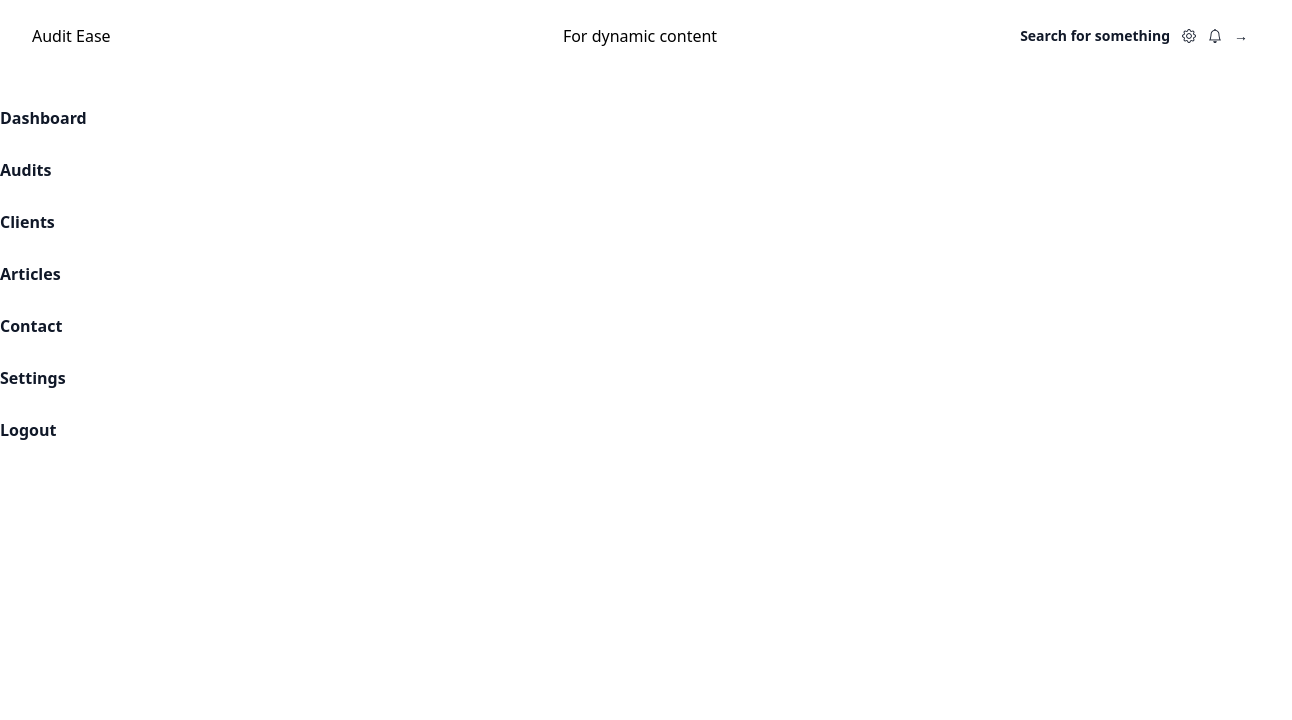
Repository: EclipticCode/Audit-Ease-FE
Page: /
The author's editor kept a copy of each file at every save. The page is drawn from the files as they stood at one save, then again after a run of saves.
The browser window is 1280 px wide. The page is 1292 px wide, so the pictures cover 1292 px, including what lies to the right of the window. The pictures show the whole page.
Some web libraries are served in a nearby version. The project was rebuilt for these pictures with package versions that can differ from the ones it lists, and the page was loaded fresh each time. Also part of the build but not shown: vite.config.js, Login.jsx.

Above is the page before, as saved 2025-03-27 19:52:48.

After the next 3 saves:
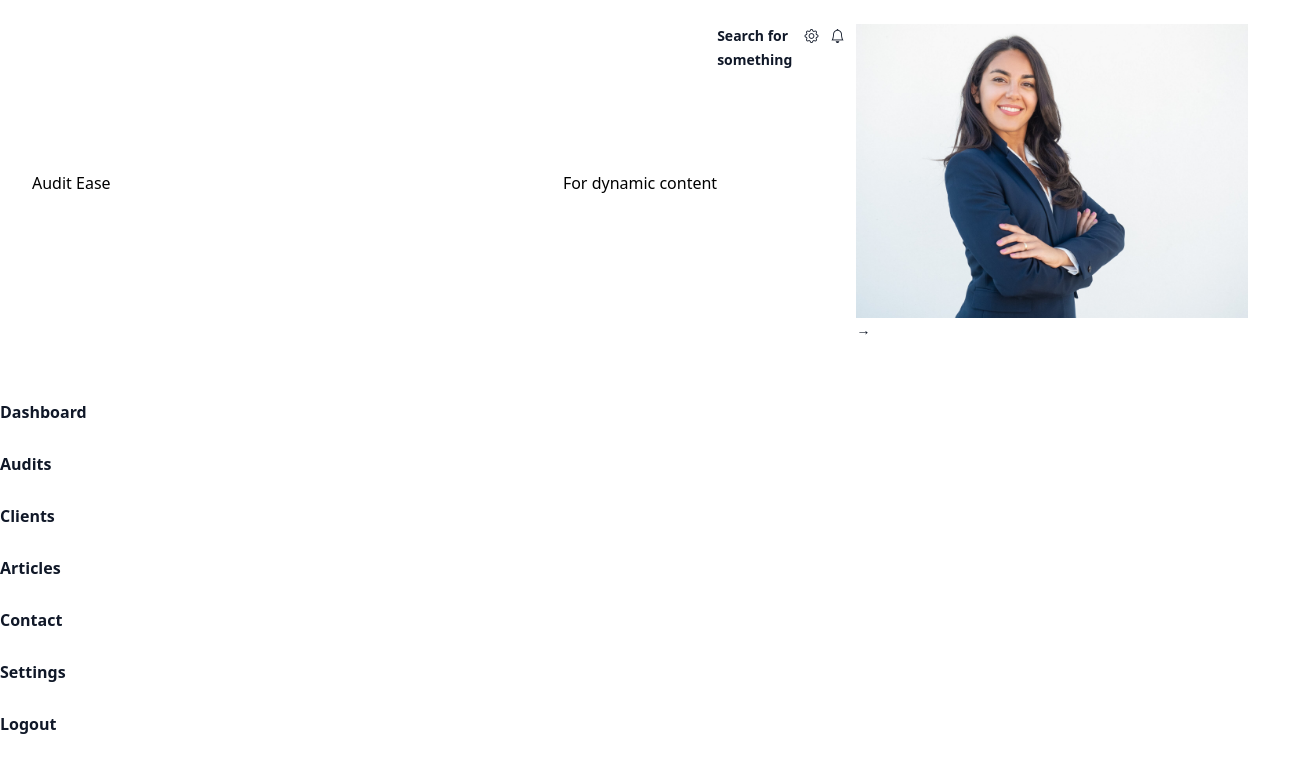
The 3 saves are shown as one change because they came seconds apart.
The last was saved 27 s later.
--- a/src/Navbar.jsx
+++ b/src/Navbar.jsx
@@ -28,7 +28,7 @@ const Navbar = () => {
           <i className="bi bi-bell"></i>
           </a>
           <a href="#" className="text-sm/6 font-semibold text-gray-900">
-            <img src="" alt="" /><span aria-hidden="true">&rarr;</span>
+            <img src={profile} alt="" /><span aria-hidden="true">&rarr;</span>
           </a>
         </div>
         </div>
